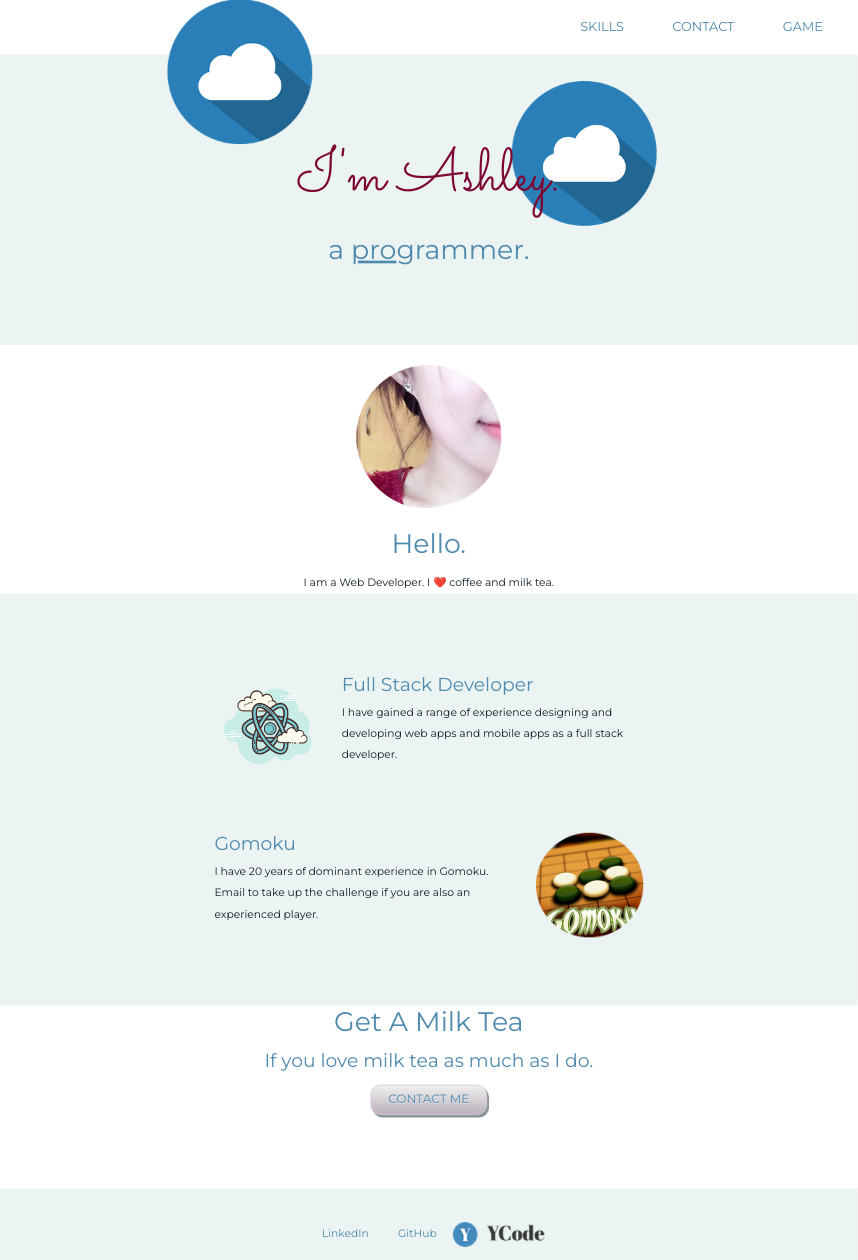
Repository: nosugarpls/YCode-my-website
Page: index.html
The author's editor kept a copy of each file at every save. The page is drawn from the files as they stood at one save, then again after the next save.
The browser window is 1280 px wide. The pictures show the whole page, at 67% of full size.

Above is the page before, as saved 2020-09-25 10:27:35.

### index.html
<!DOCTYPE html>
<html>
<head>
  <meta charset="utf-8">
  <title>Ashley(Yu) Shi</title>


  <!-- CSS Stylesheets -->
  <link rel="stylesheet" href="https://stackpath.bootstrapcdn.com/bootstrap/4.5.2/css/bootstrap.min.css" integrity="sha384-JcKb8q3iqJ61gNV9KGb8thSsNjpSL0n8PARn9HuZOnIxN0hoP+VmmDGMN5t9UJ0Z" crossorigin="anonymous">
  <link rel="stylesheet" href="css/styles.css">
  <link href="https://fonts.googleapis.com/css?family=Merriweather|Montserrat|Sacramento" rel="stylesheet">
  <link rel="icon" href="images/YLogo.png">


  <!-- Bootstrap Scripts -->
  <script src="https://code.jquery.com/jquery-3.5.1.slim.min.js" integrity="sha384-DfXdz2htPH0lsSSs5nCTpuj/zy4C+OGpamoFVy38MVBnE+IbbVYUew+OrCXaRkfj" crossorigin="anonymous"></script>
  <script src="https://cdn.jsdelivr.net/npm/popper.js@1.16.1/dist/umd/popper.min.js" integrity="sha384-9/reFTGAW83EW2RDu2S0VKaIzap3H66lZH81PoYlFhbGU+6BZp6G7niu735Sk7lN" crossorigin="anonymous"></script>
  <script src="https://stackpath.bootstrapcdn.com/bootstrap/4.5.2/js/bootstrap.min.js" integrity="sha384-B4gt1jrGC7Jh4AgTPSdUtOBvfO8shuf57BaghqFfPlYxofvL8/KUEfYiJOMMV+rV" crossorigin="anonymous"></script>
</head>

<body>

  <!-- Nav Bar -->
  <nav class="navbar navbar-expand-lg navbar-light">
    <button class="navbar-toggler" type="button" data-toggle="collapse" data-target="#navbarToggler">
        <span class="navbar-toggler-icon"></span>
    </button>

    <div class="collapse navbar-collapse" id="navbarToggler">
      <ul class="navbar-nav ml-auto">
        <li class="nav-item">
          <a class="nav-link" href="#skills">SKILLS</a>
        </li>
        <li class="nav-item">
          <a class="nav-link" href="#contact">CONTACT</a>
        </li>
        <li class="nav-item">
          <a class="nav-link" href="piano.html">GAME</a>
        </li>
      </ul>
    </div>
  </nav>


  <div class="top-container">
    <img class="top-cloud" src="images/cloud.png" alt="cloud">
    <div class="title-text">
      <h1 class="big-title">I'm Ashley.</h1>
      <h2>a <span class="pro">pro</span>grammer.</h2>
    </div>
    <img class="bottom-cloud" src="images/cloud.png" alt="cloud">
  </div>

  <div class="middle-container">
    <div class="profile">
      <img class="avatar" src="images/ashely.png" alt="ashley-profile-img">
      <h2>Hello.</h2>
      <p class="intro">I am a Web Developer. I ❤️ coffee and milk tea.</p>
    </div>

    <div class="skills" id="skills">
      <div class="skill-row">
        <img class="react-img" src="images/react.png" alt="react-img">
        <h3>Full Stack Developer</h3>
        <p>I have gained a range of experience designing and developing web apps and mobile apps as a full stack developer.</p>
      </div>
      <div class="skill-row">
        <img class="game-img" src="images/game.png" alt="game-img">
        <h3>Gomoku</h3>
        <p>I have 20 years of dominant experience in Gomoku. Email to take up the challenge if you are also an experienced player.</p>
      </div>

    </div>

    <div class="contact-me" id="contact">
      <h2>Get A Milk Tea</h2>
      <h3>If you love milk tea as much as I do.</h3>
      <a class="btn" href="mailto:coloraworld@gmail.com">CONTACT ME</a>
    </div>
  </div>


  <div class="bottom-container">
    <a href="https://www.linkedin.com/in/yu-ashley-shi-328239197/">LinkedIn</a>
    <a href="https://github.com/nosugarpls">GitHub</a>
    <img src="images/logo.png" alt="img">
  </div>
</body>
</html>

### css/styles.css
body {
  color: #40514E;
  margin: 0;
  text-align: center;
  font-family: 'Merriweather', serif;
}

h1 {
  color: #7d0633;
  font-size: 5.625rem;
  margin: 50px auto 0 auto;
  font-family: 'Sacramento', cursive;
  z-index: 1;
  position: relative;
}

h2 {
  color: #4e89ae;
  font-family: 'Montserrat', sans-serif;
  font-size: 2.5rem;
  font-weight: normal;
  padding-bottom: 10px;
}

h3 {
  color: #4e89ae;
  font-family: 'Montserrat', sans-serif;
}

p {
  line-height: 2;
  color: #0f1e27;
  font-family: 'Montserrat', sans-serif;
}

a {
  color: #4e89ae;
  font-family: 'Montserrat', sans-serif;
  margin: 10px 20px;
  text-decoration: none;
}

.big-title {
  margin-top: 30px;
  margin-bottom: 30px;
}

.avatar {
  margin-top: 30px;
  margin-bottom: 30px;
}

.skills {
  background-color: #ecf4f3;
  padding-top: 20px;
  padding-bottom: 20px;
}


.top-container {
  background-color: #ecf4f3;
  position: relative;
  padding-top: 100px;
  padding-bottom: 100px;
}


.middle-container {
  margin-top: auto;
  margin-bottom: 100px;
}

.bottom-container {
  background-color: #ecf4f3;
  padding: 50px 0 20px;
}

.skill-row {
  width: 50%;
  margin: 100px auto 100px auto;
  text-align: left;
}

.pro {
  text-decoration: underline;
}

.intro {
  width: 30%;
  margin: auto;
  color: #0f1e27;
  font-family: 'Montserrat', sans-serif;
}

.contact-message {
  width: 40%;
  margin: 40px auto 60px;
}

.top-cloud {
  position: absolute;
  right: 300px;
  top: 40px;
}

.bottom-cloud {
  position: absolute;
  left: 250px;
  bottom: 300px;
}

.react-img {
  width: 25%;
  float: left;
  margin-right: 30px;
}

.game-img {
  width: 25%;
  float: right;
  margin-left: 30px;
}

.btn {
	box-shadow: 3px 4px 0px 0px #899599;
	background:linear-gradient(to bottom, #ededed 5%, #bab1ba 100%);
	background-color:#ededed;
	border-radius:15px;
	border:1px solid #d6bcd6;
	display:inline-block;
	cursor:pointer;
	color:#4e89ae;
  font-family: 'Montserrat', sans-serif;
	font-size:18px;
	padding:8px 25px;
	text-decoration:none;
	text-shadow:0px 1px 0px #e1e2ed;
}

.btn:hover {
	background:linear-gradient(to bottom, #bab1ba 5%, #ededed 100%);
	background-color:#bab1ba;
}

.btn:active {
	position:relative;
	top:1px;
}

/* Navigation Bar */

.nav-item {
  padding: 0 8px;
}

.nav-link {
  font-size: 1.2rem;
  font-family: 'Montserrat', sans-serif;
  color: #4e89ae !important;
  z-index: 2;
  position:relative;
}

After the next save:
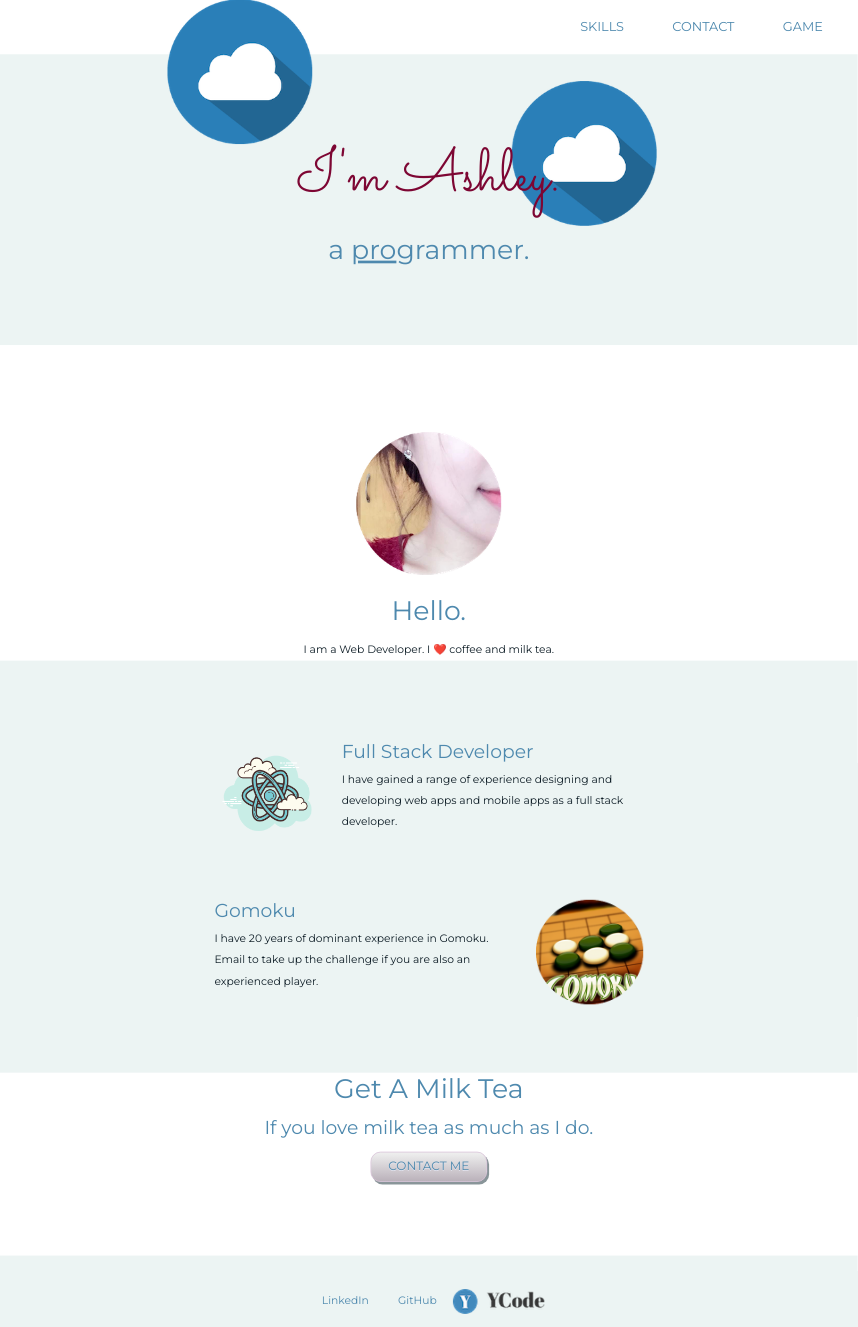
Saved 23 s later.
--- a/css/styles.css
+++ b/css/styles.css
@@ -66,7 +66,7 @@ a {
 
 
 .middle-container {
-  margin-top: auto;
+  margin-top: 100px;
   margin-bottom: 100px;
 }
 
